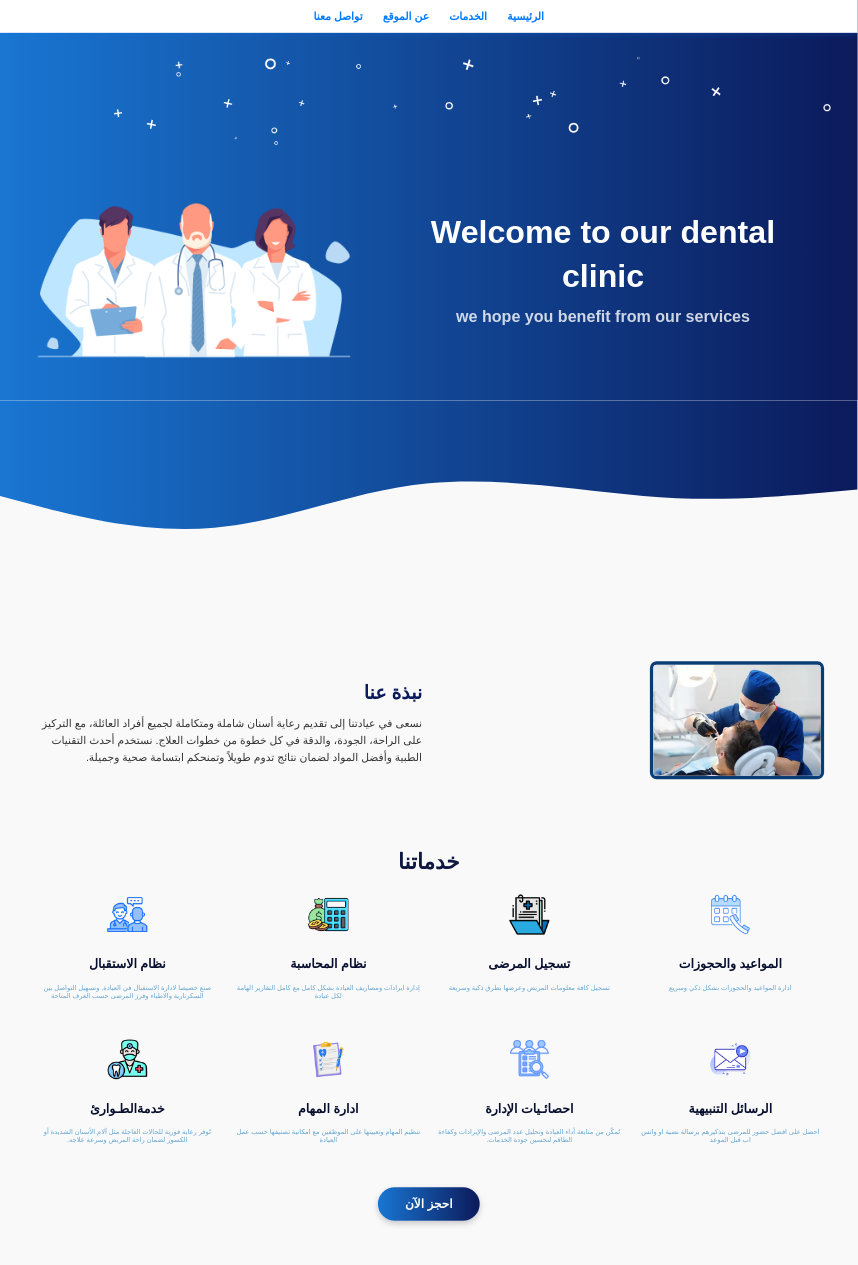
Repository: mysite4/s
Page: http://localhost/
These files come from the project's save history. The page is drawn as it stood at one moment and after the next save; the edit follows.
The browser window is 1280 px wide. The pictures show the whole page, at 67% of full size.
Some web fonts or font styles are not loaded; a fallback is used. The page is served by the project's application, run on Django 5.2 (manage.py). Other server files are loaded and not shown.

Above is the page before, as saved 2025-10-22 15:15:47.

### main/templates/home.html
{% load static %}
<!DOCTYPE html>
<html lang="ar" dir="rtl">
<head>
<meta charset="UTF-8">
<meta name="viewport" content="width=device-width, initial-scale=1.0">
<title>هيدر مثل Clindo</title>
<link href="https://fonts.googleapis.com/css2?family=Cairo:wght@200..1000&display=swap" rel="stylesheet">
<link rel="stylesheet" href="{% static 'css/style.css' %}">
</head>
<body>

<nav>
  <ul>
    <li><a href="#">الرئيسية</a></li>
    <li><a href="#">الخدمات</a></li>
    <li><a href="#">عن الموقع</a></li>
    <li><a href="#">تواصل معنا</a></li>
  </ul>
</nav>

<header>
  <div class="header-image">
    <img src="{% static 'image/44.png' %}" alt="صورة شفافة">
  </div>
  <div class="header-content">
    <div class="header-text">
      <h1>Welcome to our dental clinic</h1>
      <h3>we hope you benefit from our services</h3>
    </div>
    <div class="header-icon">
      <img src="{% static 'image/r.png.png' %}" alt="ريم">
    </div>
  </div>
</header>

<!-- موجة -->
<svg class="waves" xmlns="http://www.w3.org/2000/svg" viewBox="0 0 1440 320">
  <defs>
    <linearGradient id="waveGradient" x1="0%" y1="0%" x2="100%" y2="0%">
      <stop offset="0%" style="stop-color:#1976d2;stop-opacity:1" />
      <stop offset="100%" style="stop-color:#0b1a5b;stop-opacity:1"/>
    </linearGradient>
  </defs>
  <path fill="url(#waveGradient)" d="M0,160L60,176C120,192,240,224,360,213.3C480,203,600,149,720,138.7C840,128,960,149,1080,160C1200,171,1320,160,1380,154.7L1440,149L1440,0L0,0Z"></path>
</svg>

<main>
  <!-- قسم نبذة عنا -->
  <div class="about-section">
    <div class="about-image">
      <img src="{% static 'image/9.webp' %}" alt="صورة طبيب أسنان">
    </div>
    <div class="about-text">
      <h2>نبذة عنا</h2>
      <p>
        نسعى في عيادتنا إلى تقديم رعاية أسنان شاملة ومتكاملة لجميع أفراد العائلة، مع التركيز على الراحة، الجودة، والدقة في كل خطوة من خطوات العلاج.
        نستخدم أحدث التقنيات الطبية وأفضل المواد لضمان نتائج تدوم طويلاً وتمنحكم ابتسامة صحية وجميلة.
      </p>
    </div>
  </div>

  <!-- قسم خدماتنا -->
  <section class="services-section">
    <h2>خدماتنا</h2>
    <div class="services-container">
      <div class="service-item">
        <img src="{% static 'image/appointment.png' %}" alt="خدمة 1">
        <h3>المواعيد والحجوزات</h3>
        <p>ادارة المواعيد والحجوزات بشكل ذكي وسريع</p>
      </div>
      <div class="service-item">
        <img src="{% static 'image/folder.png' %}" alt="خدمة 2">
        <h3>تسجيل المرضى</h3>
        <p>تسجيل كافة معلومات المريض وعرضها بطرق ذكية وسريعة</p>
      </div>
      <div class="service-item">
        <img src="{% static 'image/budget.png' %}" alt="خدمة 3">
        <h3>نظام المحاسبة</h3>
        <p>إدارة ايرادات ومصاريف العيادة بشكل كامل مع كامل التقارير الهامة لكل عيادة </p>
      </div>
      <div class="service-item">
        <img src="{% static 'image/doctor-consultation.png' %}" alt="خدمة 4">
        <h3>نظام الاستقبال</h3>
        <p>
صنع خصيصا لادارة الاستقبال في العيادة, وتسهيل التواصل بين السكرتارية والاطباء وفرز المرضى حسب الغرف المتاحة</p>
      </div>
      <div class="service-item">
        <img src="{% static 'image/message.png' %}" alt="خدمة 5">
        <h3>الرسائل التنبيهية</h3>
        <p> احصل على افضل حضور للمرضى بتذكيرهم برسالة نصية او واتس اب قبل الموعد</p>
      </div>
      <div class="service-item">
        <img src="{% static 'image/feasibility.png' %}" alt="خدمة 6">
        <h3>احصائـيات الإدارة</h3>
        <p>تُمكّن من متابعة أداء العيادة وتحليل عدد المرضى والإيرادات وكفاءة الطاقم لتحسين جودة الخدمات. </p>
      </div>
      <div class="service-item">
        <img src="{% static 'image/record.png' %}" alt="خدمة 7">
        <h3>ادارة المهام</h3>
        <p>تنظيم المهام وتعيينها على الموظفين مع امكانية تصنيفها حسب عمل العيادة</p>
      </div>
      <div class="service-item">
        <img src="{% static 'image/dentist.png' %}" alt="خدمة 8">
        <h3>خدمةالطـوارئ</h3>
        <p>تُوفر رعاية فورية للحالات العاجلة مثل آلام الأسنان الشديدة أو الكسور لضمان راحة المريض وسرعة علاجه. </p>
      </div>
    </div>
       <div class="book-button">
  <a href="{% url 'booking_page' %}">احجز الآن</a>
</div>
  </section>
</main>

</body>
</html>

### main/views.py
from django.shortcuts import render

def home(request):
    return render(request, 'home.html')
from django.shortcuts import render

def booking_page(request):
    return render(request, 'booking.html')
from django.shortcuts import render, redirect
from .forms import AppointmentForm

def booking_page(request):
    if request.method == 'POST':
        form = AppointmentForm(request.POST)
        if form.is_valid():
            form.save()
            return render(request, 'booking_success.html')
    else:
        form = AppointmentForm()
    return render(request, 'booking.html', {'form': form})

### mysite/urls.py
"""
URL configuration for mysite project.

The `urlpatterns` list routes URLs to views. For more information please see:
    https://docs.djangoproject.com/en/5.2/topics/http/urls/
Examples:
Function views
    1. Add an import:  from my_app import views
    2. Add a URL to urlpatterns:  path('', views.home, name='home')
Class-based views
    1. Add an import:  from other_app.views import Home
    2. Add a URL to urlpatterns:  path('', Home.as_view(), name='home')
Including another URLconf
    1. Import the include() function: from django.urls import include, path
    2. Add a URL to urlpatterns:  path('blog/', include('blog.urls'))
"""
from django.contrib import admin
from django.urls import path, include

urlpatterns = [
    path('admin/', admin.site.urls),
    path('', include('main.urls')),
]

### main/urls.py
from django.urls import path
from . import views

urlpatterns = [
    path('', views.home, name='home'),
    path('booking/', views.booking_page, name='booking_page'),
]

### main/static/css/style.css
/* إعدادات عامة */
html, body {
  margin: 0;
  padding: 0;
  width: 100%;
  font-family: 'Cairo', sans-serif;
  background-color: #f9f9f9;
}

/* Navbar */
nav {
  width: 100%;
  background-color: #ffffff;
  box-shadow: 0 4px 8px rgba(0, 123, 255, 0.2);
  position: fixed;
  top: 0;
  z-index: 1000;
}

nav ul {
  display: flex;
  justify-content: center;
  list-style: none;
  margin: 0;
  padding: 0 30px;
}

nav ul li {
  margin: 0 15px;
}

nav ul li a {
  text-decoration: none;
  color: #007bff;
  font-weight: 600;
  padding: 15px 0;
  display: inline-block;
  transition: color 0.3s, border-bottom 0.3s;
}

nav ul li a:hover {
  color: #0056b3;
  border-bottom: 3px solid #007bff;
}

/* صورة شفافة أسفل النافبار */
.header-image {
  width: 100%;
  margin-top: 60px; /* لتجنب تغطية النافبار */
}

.header-image img {
  width: 100%;
  height: auto;
  display: block;
}

/* Header */
header {
  position: relative;
  width: 100%;
  min-height: 200px; /* انخفاض طول الهيدر */
  overflow: hidden;
  background: linear-gradient(to left, #0b1a5b, #1976d2);
  display: flex;
  flex-direction: column;
  justify-content: center;
  align-items: center;
  padding: 20px 0 0 0;
}

/* محتوى الهيدر */
.header-content {
  display: flex;
  flex-direction: row;
  justify-content: space-between;
  align-items: center;
  width: 100%;
  max-width: 1200px;
  padding: 20px 50px;
  margin-top: 5px;
}

.header-text {
  color: white;
  max-width: 50%;
  text-align: center;
  line-height: 1.4;
  padding: 40px;
}

.header-text h1 {
  font-size: 48px;
  margin: 0;
}

.header-text h3 {
  font-size: 24px;
  margin-top: 10px;
  color: rgba(255,255,255,0.8);
}

.header-icon img {
  width: 500px;
  height: auto;
  border-radius: 15px;
}

/* قسم نبذة عنا */
.about-section {
  display: flex;
  flex-wrap: wrap;
  justify-content: space-between;
  align-items: center;
  max-width: 1200px;
  margin: 50px auto;
  gap: 20px;
}

.about-image, .about-text {
  flex: 1 1 45%;
}

.about-image img {
  width: 100%;
  max-width: 250px;
  height: auto;
  border-radius: 10px;
  border: 5px solid #083d75;
  margin: 0 auto;
}

.about-text {
  text-align: right;
}

.about-text h2 {
  font-size: 28px;
  margin-bottom: 15px;
  color: #0b1a5b;
}

.about-text p {
  font-size: 16px;
  line-height: 1.6;
  color: #333;
}

/* قسم خدماتنا */
.services-section {
  max-width: 1200px;
  margin: 100px auto 50px auto;
  text-align: center;
}

.services-section h2 {
  font-size: 32px;
  margin-bottom: 30px;
  color: #0e173f;
}

.services-container {
  display: flex;
  flex-wrap: wrap;
  justify-content: space-between;
  gap: 20px;
}

.service-item {
  flex: 1 1 22%; /* كل عمود يأخذ ربع المساحة تقريبا */
  text-align: center;
  margin-bottom: 30px;
}

.service-item img {
  width: 60px;
  height: 60px;
  margin-bottom: 10px;
}

.service-item p {
  font-size: 10px;
  color: #63a5d1;
}

.service-item h3 {
  color: #070e2e;
}

/* محتوى الصفحة */
main {
  padding: 30px 50px;
  margin-top: 20px;
}

/* Media Queries */
@media (max-width: 992px) {
  .header-content {
    flex-direction: column;
    text-align: center;
    padding: 0 20px;
  }

  .header-text {
    max-width: 100%;
    margin-bottom: 20px;
    text-align: center;
  }

  .header-icon img {
    width: 80%;
  }

  nav ul {
    justify-content: center;
  }

  .service-item {
    flex: 1 1 45%; /* عمودين في الشاشات المتوسطة */
  }
}

@media (max-width: 600px) {
  .service-item {
    flex: 1 1 100%; /* عمود واحد في الشاشات الصغيرة */
  }

  .about-section {
    flex-direction: column;
    align-items: center;
  }

  .about-text {
    text-align: center;
  }

  .about-image img {
    max-width: 200px;
  }
}
.book-button {
  text-align: center;
  margin-top: 40px;
}

.book-button a {
  background: linear-gradient(to right, #1976d2, #0b1a5b);
  color: #fff;
  padding: 15px 40px;
  border-radius: 30px;
  text-decoration: none;
  font-size: 18px;
  font-weight: bold;
  transition: 0.3s ease;
  box-shadow: 0 4px 10px rgba(0, 0, 0, 0.2);
}

.book-button a:hover {
  background: linear-gradient(to right, #0b1a5b, #1976d2);
  transform: scale(1.05);
}

After the next save:
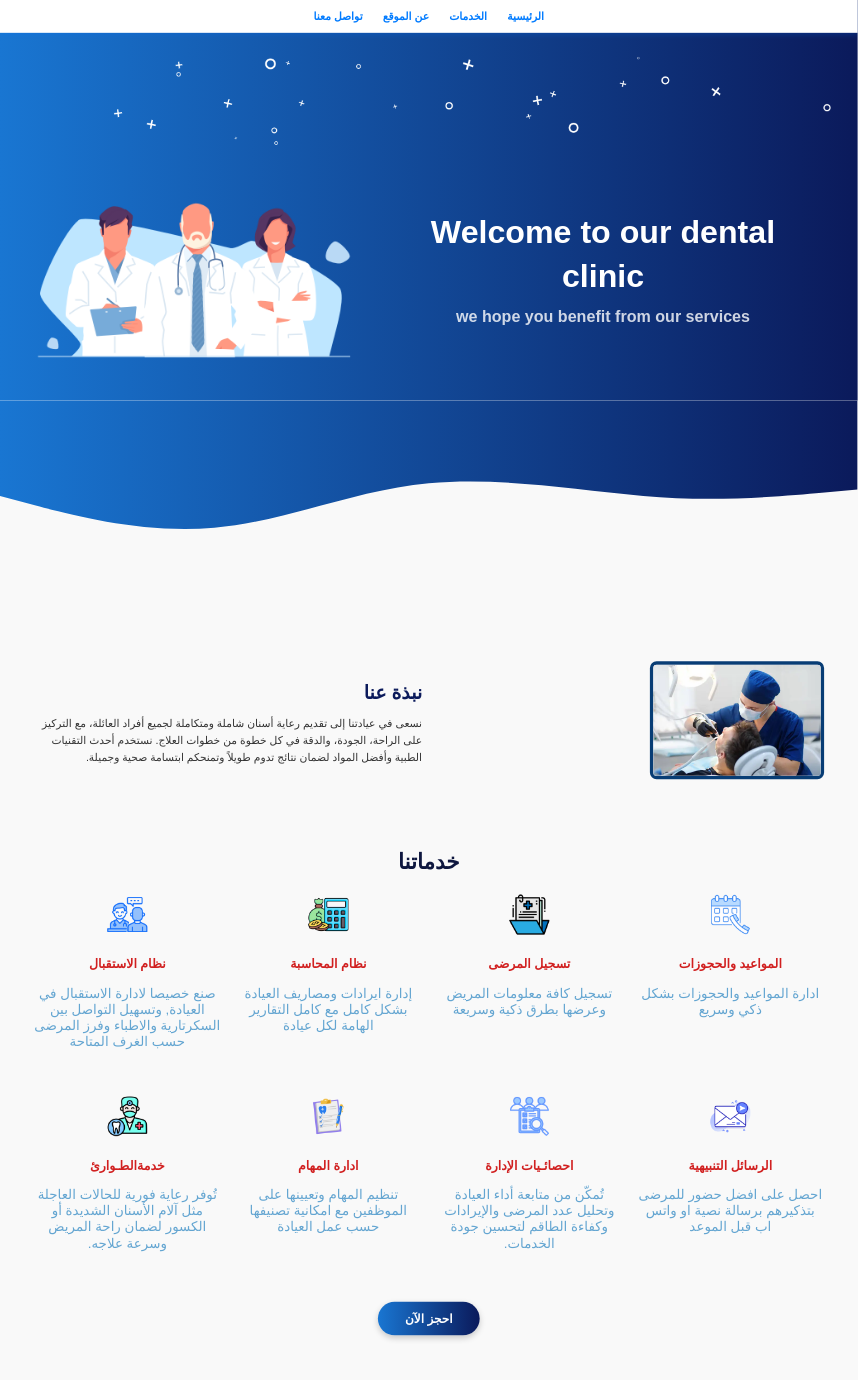
Saved 6 min 16 s later.
--- a/main/static/css/style.css
+++ b/main/static/css/style.css
@@ -179,12 +179,12 @@ header {
 }
 
 .service-item p {
-  font-size: 10px;
+  font-size: 20px;
   color: #63a5d1;
 }
 
 .service-item h3 {
-  color: #070e2e;
+  color: #d12020;
 }
 
 /* محتوى الصفحة */
